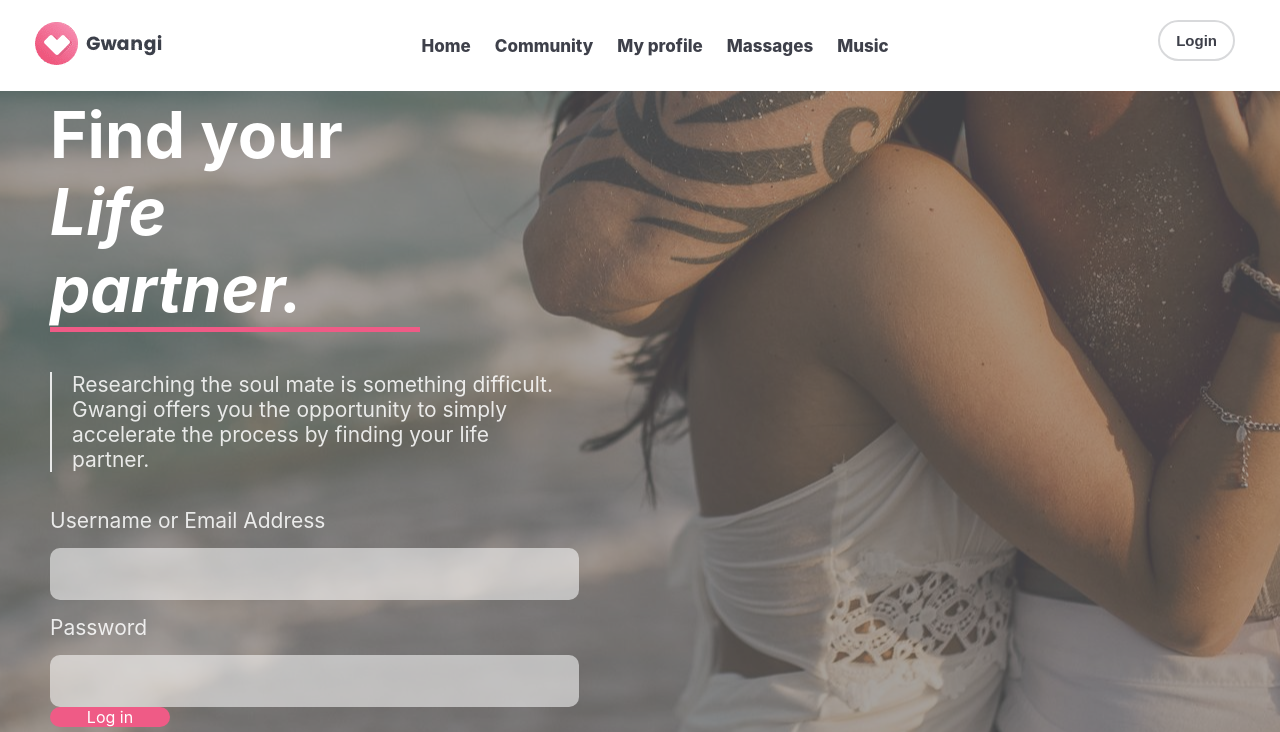
Repository: ShokunLiubov/Soc-Network-React
Page: /login
The author's editor kept a copy of each file at every save. The page is drawn from the files as they stood at one save, then again after the next save.
The browser window is 1280 px wide. The pictures show the whole page.
The project was rebuilt for these pictures with package versions that can differ from the ones it lists, and the page was loaded fresh each time. Also part of the build but not shown: src/components/common/Paginator/Paginator.module.css, src/components/common/Paginator/Paginator.jsx, src/components/Community/Community.module.css, src/components/Community/Friend/Friend.jsx, src/components/Community/Community.jsx, src/components/common/Preloader/Preloader.jsx, src/components/Community/CommunityContainer.jsx, src/components/Dialogs/Dialogs.module.css and 14 more.

Above is the page before, as saved 2022-08-24 18:15:55.

### src/index.js
import reportWebVitals from './reportWebVitals';
import store from './redux/redux-store';
import React from 'react';
import ReactDOM from 'react-dom/client';
import './index.css';
import App from './App';
import { BrowserRouter } from 'react-router-dom';
import { Provider } from 'react-redux'

const root = ReactDOM.createRoot(document.getElementById('root'));

  root.render(

      <BrowserRouter>
        <Provider store={store}>
          <App />
        </Provider>
      </BrowserRouter>


  );


// If you want to start measuring performance in your app, pass a function
// to log results (for example: reportWebVitals(console.log))
// or send to an analytics endpoint. Learn more: https://bit.ly/CRA-vitals
reportWebVitals();

### src/redux/redux-store.js
import {combineReducers, legacy_createStore as createStore} from "redux"
import dialogsReducer from "./dialogs-reducer"
import profileReducer from "./profile-reducer"
import communityReducer from "./community-reducer"
import authReducer from "./auth-reducer"

let reducers = combineReducers({
    profilePage : profileReducer,
    dialogsPage : dialogsReducer,
    communityPage : communityReducer,
    auth: authReducer
})

let store = createStore(reducers)

export default store;

### src/App.js
import React from 'react';
import { Routes, Route } from "react-router-dom";
import './App.css';
import Registration from './components/Auth/Registration/Registration';
import CommunityContainer from './components/Community/CommunityContainer';
import DialogsContainer from './components/Dialogs/DialogsContainer';
import Home from './components/Home/Home';
import Music from './components/Music/Music';
import Navbar from './components/Navbar/Navbar';
import ProfileContainer from './components/Profile/ProfileContainer';

function App(props) {
  return (

    <div className='app-wrapper'>
      <Navbar />
      <Routes>
        <Route path='/home/*' element={<Home />} />

        <Route path='/community/*' element={<CommunityContainer />} />

        <Route path='/profile/:id' element={<ProfileContainer />} />
        <Route path='/profile/*' element={<ProfileContainer />} />

        <Route path='/dialogs/*' element={<DialogsContainer />} />

        <Route path='/music/*' element={<Music />} />

        <Route path='/login/*' element={<Registration />} />

      </Routes>

    </div>

  );
}

export default App;

### src/redux/dialogs-reducer.js
const SAND_MASSAGE = 'SAND-MASSAGE'
const UPDATE_NEW_MASSAGE_TEXT = 'UPDATE-NEW-MASSAGE-TEXT'

let initialState = {
    dialogsData: [
        { id: 1, name: 'Vika', ava: './../images/ava-w1.jpeg' },
        { id: 2, name: 'Eugen', ava: './../images/ava-m2.png' },
        { id: 3, name: 'Liubov', ava: './../images/ava-w3.jpeg' },
        { id: 4, name: 'Max', ava: './../images/ava-m1.jpeg' },
        { id: 5, name: 'Nika', ava: './../images/ava-w2.webp' }
    ],
    massagesData: [
        { id: 1, massage: 'Hi' },
        { id: 2, massage: 'How are you?' },
        { id: 3, massage: 'I am okey!' }
    ],
    newMassageText: ''
}

const dialogsReducer = (state = initialState, action) => {

    switch (action.type) {
        case SAND_MASSAGE:
            let text = state.newMassageText
            return {
                ...state,
                newMassageText: '',
                massagesData: [...state.massagesData, {id: Date.now(),massage: text}]
            }

        case UPDATE_NEW_MASSAGE_TEXT:
            return {
                ...state,
                newMassageText: action.newText
            }

        default:
            return state
    }

}

export const sandMassage = () => ({ type: SAND_MASSAGE })

export const onMassageChange = (text) =>
    ({ type: UPDATE_NEW_MASSAGE_TEXT, newText: text })

export default dialogsReducer;

### src/redux/profile-reducer.js
const ADD_POST = 'ADD-POST'
const UPDATE_NEW_POST_TEXT = 'UPDATE-NEW-POST-TEXT'
const SET_USER_PROFILE = 'SET-USER-PROFILE'

let initialState = {
    userProfile: {},
    postsData: [
        { id: 1, massage: 'Hi, how are you?', countLikes: '12', time: '29 minutes ago' },
        { id: 2, massage: 'It is my first post', countLikes: '99+', time: 'yesterday' },
        { id: 3, massage: 'My name Liubov, I am wife Eugen', countLikes: '32', time: 'week ago' }
    ],
    newPostText: ''
}

const profileReducer = (state = initialState, action) => {
    switch (action.type) {
        case ADD_POST:
            let newPost = {
                id: Date.now(),
                massage: state.newPostText,
                countLikes: '0',
                time: new Date().toLocaleTimeString()
            }
            return {
                ...state,
                newPostText: '',
                postsData: [newPost, ...state.postsData]
            }

        case UPDATE_NEW_POST_TEXT:
            return {
                ...state,
                newPostText: action.newText
            }
        case SET_USER_PROFILE:
            return {
                ...state,
                userProfile: action.profile

            }
        default:
            return state
    }


}

export const addPost = () => ({ type: ADD_POST })

export const updateNewPostText = (text) =>
    ({ type: UPDATE_NEW_POST_TEXT, newText: text })

export const setUserProfile = (profile) =>
    ({ type: SET_USER_PROFILE, profile})


export default profileReducer;

### src/redux/community-reducer.js
const FOLLOW = 'FOLLOW'
const UN_FOLLOW = 'UN-FOLLOW'
const SET_USERS = 'SET-USERS'
const SET_PAGE = 'SET-PAGE'
const SET_USERS_TOTAL_COUNT = 'SET-USERS-TOTAL-COUNT'
const TOGGLE_IS_FETCHING = 'TOGGLE-IS-FETCHING'

let initialState = {
    userData: [ ],
    pageSize: 10,
    totalUsersCount: 0,
    currentPage: 1,
    currentPageSize: 1,
    isFetching: false
}
const communityReducer = (state = initialState, action) => {
    switch (action.type) {
        case FOLLOW:
            return {
                ...state,
                userData: state.userData.map (user => {
                    if(user.id === action.userID) {
                        return {...user, followed: true}
                    }
                    return user
                })
            }
        case UN_FOLLOW:
            return {
                ...state,
                userData: state.userData.map (user => {
                    if(user.id === action.userID) {
                        return {...user, followed: false}
                    }
                    return user
                })
            }
        case SET_USERS:
            return {
                ...state,
                userData: action.users
            }
        case SET_PAGE:
            return {
                ...state,
                currentPage: action.page
                }
        case SET_USERS_TOTAL_COUNT:
            return {
                ...state,
                totalUsersCount: action.UsersTotalCount
            }
        case TOGGLE_IS_FETCHING:
            return {
                ...state,
                isFetching: action.isFetching
            }
        default:
            return state
    }
}

export const follow = (userID) => ({ type: FOLLOW, userID })

export const unFollow = (userID) => ({ type: UN_FOLLOW, userID })

export const setUsers = (users) => ({ type: SET_USERS, users })

export const setPage = (page) => ({ type: SET_PAGE, page })

export const setUsersTotalCount = (UsersTotalCount) => ({ type: SET_USERS_TOTAL_COUNT, UsersTotalCount })

export const toggleFetching = (isFetching) => ({ type: TOGGLE_IS_FETCHING, isFetching })

export default communityReducer;


// Создать кнопки prev next
// if(currentPage > 1) { prev
// } минус 1  при отрисовки подставляться значения, исключение первая страница
// Отображать в пагинации 5 стр и одну последнюю , учесть если будет меньше 5 стр

### src/redux/auth-reducer.js
const SET_USER_DATA = 'SET-USER-DATA'
// const UN_FOLLOW = 'UN-FOLLOW'

let initialState = {
    userId: undefined,
    email: undefined,
    login: undefined,
    isFetching: false
}
const authReducer = (state = initialState, action) => {
    switch (action.type) {
        case SET_USER_DATA:
            return {
                ...state,
                ...action.data
            }
        // case TOGGLE_IS_FETCHING:
        //     return {
        //         ...state,
        //         isFetching: action.isFetching
        //     }
        default:
            return state
    }
}

export const setUserData = (userId, email, login) => ({ type: SET_USER_DATA, data: {userId, email, login} })

// export const toggleFetching = (isFetching) => ({ type: TOGGLE_IS_FETCHING, isFetching })

export default authReducer;

### src/components/Auth/Registration/Registration.jsx
import React from 'react';
import styles from './Registration.module.css'

const Registration = () => {
    return (
        <div className={styles.background}>
            <div className={styles.registration}>
                <div className={styles.title}>Find your<br />
                    <i>Life partner.</i></div>
                <p className={styles.excerption}>Researching the soul mate is something difficult. Gwangi offers you the opportunity to simply accelerate the process by finding your life partner.</p>
                <form>
                    <div className={styles.username}>
                        <label>Username or Email Address</label>
                        <input type="text"/>
                    </div>
                    <div className={styles.password}>
                        <label>Password</label>
                        <input type="password"/>
                    </div>
                    <div className={styles.buttonLogin}>
                    <span>Log in</span>
                    </div>

                </form>
            </div>

        </div>
    )
}

export default Registration;

### src/components/Dialogs/DialogsContainer.jsx
import React from 'react';
import { sandMassage, onMassageChange } from '../../redux/dialogs-reducer';
import Dialogs from './Dialogs';
import { connect } from 'react-redux'


let mapStateToProps = (state) => {
    return {
        dialogsData: state.dialogsPage.dialogsData,
        massagesData: state.dialogsPage.massagesData,
        newMassageText: state.dialogsPage.newMassageText
    }
}

const DialogsContainer = connect(mapStateToProps, { sandMassage, onMassageChange })(Dialogs)

export default DialogsContainer;

### src/components/Navbar/Navbar.jsx
import React from 'react';
import { NavLink } from 'react-router-dom';
import styles from './Navbar.module.css'

const Navbar = () => {
    return (
        <div className={styles.navbar}>
            {/* LOGO */}
            <div className={styles.logo}><img src='./../images/logotype.png' /></div>
             {/* LOGO */}

            {/* MENU */}
            <nav className={styles.menu}>
                <div className={styles.item}>
                    <NavLink to='/home' className={navData => navData.isActive ? styles.active : styles.item}>Home</NavLink>
                </div>
                <div className={styles.item}>
                    <NavLink to='/community' className={navData => navData.isActive ? styles.active : styles.item}>Community</NavLink>
                </div>
                <div className={styles.item}>
                    <NavLink to='/profile' className={navData => navData.isActive ? styles.active : styles.item}>My profile</NavLink>
                </div>
                <div to='/dialogs' className={styles.item}>
                    <NavLink to='/dialogs' className={navData => navData.isActive ? styles.active : styles.item}>Massages</NavLink>
                </div>
                <div className={styles.item}>
                    <NavLink to='/music' className={navData => navData.isActive ? styles.active : styles.item}>Music</NavLink>
                </div>
            </nav>
            {/* MENU */}

            {/* LOGIN */}
            <NavLink to='/login' className={styles.login}>
                <button className='button'>Login</button>
            </NavLink>
            {/* LOGIN */}

        </div>
    )
}

export default Navbar;

### src/components/Auth/Registration/Registration.module.css
.background {
    background-image: url(./../../../../public/images/registration-bgr.jpeg);
    background-repeat: no-repeat;
    background-position: center;
    width: 100%;
    height: 89vh;
    position: relative;
    display: flex;
    align-items: center;
}

.background::before {
    content: " ";
    width: 100%;
    height: 89vh;
    background-color: #696a6e99;
    position: absolute;
    z-index: 1;
}

.registration {
    margin-left: 50px;
    position: relative;
    z-index: 20;
}

.title {
    color: #ffffff;
    font-size: 64px;
    max-width: 370px;
    font-weight: 700;
    border-bottom: 5px solid #ef5b86;
}

.excerption {
    margin-top: 40px;
    color: rgba(255, 255, 255, 0.85);
    font-size: 21px;
    max-width: 40%;
    padding: 0px 20px;
    border-left: 2px solid rgba(255, 255, 255, 0.85);
}

/* FORM */
.username,
.password {
    display: flex;
    flex-direction: column;
    max-width: 43%;
    color: rgba(255, 255, 255, 0.85);
}

.username input,
.password input {
    background-color: #ffffff8c;
    border-radius: 10px;
    border: none;
    height: 50px;
}

.username label,
.password label {
    margin: 15px 0;
    font-size: 21px;
}

.buttonLogin {
    background-color: #ef5b86;
    width: 120px;
    display: flex;
    justify-content: center;
    align-items: center;
    color: #ffffff;
    border-radius: 20px;
}

/* FORM */

### src/components/Navbar/Navbar.module.css
.navbar {
    display: flex;
    justify-content: space-between;
    align-items: center;
    padding: 20px 35px;
    background-color: #ffffff;
}

.logo {
    cursor: pointer;
}

.menu {
    display: flex;
}

.item a {
    margin: 0 12px;
    font-size: 17px;
    color: #3e404a;
    font-weight: 800;
    cursor: pointer;
    text-decoration: none;
}

.item a.active {
    color: #ef5b86;
}

.login {
    text-decoration: none;
}

### src/components/Profile/Profile_body/MyPosts/Post/Post.module.css
.post {
    background-color: #ffffff;
    border: 1px solid #e8e8e9;
    border-radius: 10px;
    margin: 50px 0;
    position: relative;
    width: 70%;
    min-height: 100px;
}

.personInfo img {
    position: absolute;
    top: -20px;
    left: -20px;
    width: 80px;
    height: 80px;
    object-fit: cover;
    border-radius: 10px;
}

.personInfo {
    display: flex;
}

.postInfo {
    margin: 10px 80px;
}

.nickname {
    color: #3e404a;
    font-size: 18px;
    font-weight: 700;
}

.time {
    color: #9da6b0;
    font-size: 12px;
    font-weight: 600;
    margin-top: 5px;
}

.massage {
    color: #9ca6af;
    font-size: 15px;
    font-weight: 700;
    margin: 10px 80px;
}

.like {
    width: 100%;
    display: flex;
    justify-content: end;
}

button{
    background: none;
    border: none;
    display: flex;
    align-items: center;
    margin: 0 10px 10px;
}

.countLike {
    margin-left: 5px;
    color: #9da6b0;
    font-size: 12px;
    font-weight: 500;
}

Loaded but not shown: public/index.html (common file); src/reportWebVitals.js (common file); src/index.css (common file); src/App.css (common file); src/components/Home/Home.module.css (no stored copy; drawn as an empty file); src/components/Music/Music.module.css (no stored copy; drawn as an empty file); src/components/Profile/Profile.module.css (no stored copy; drawn as an empty file)

After the next save:
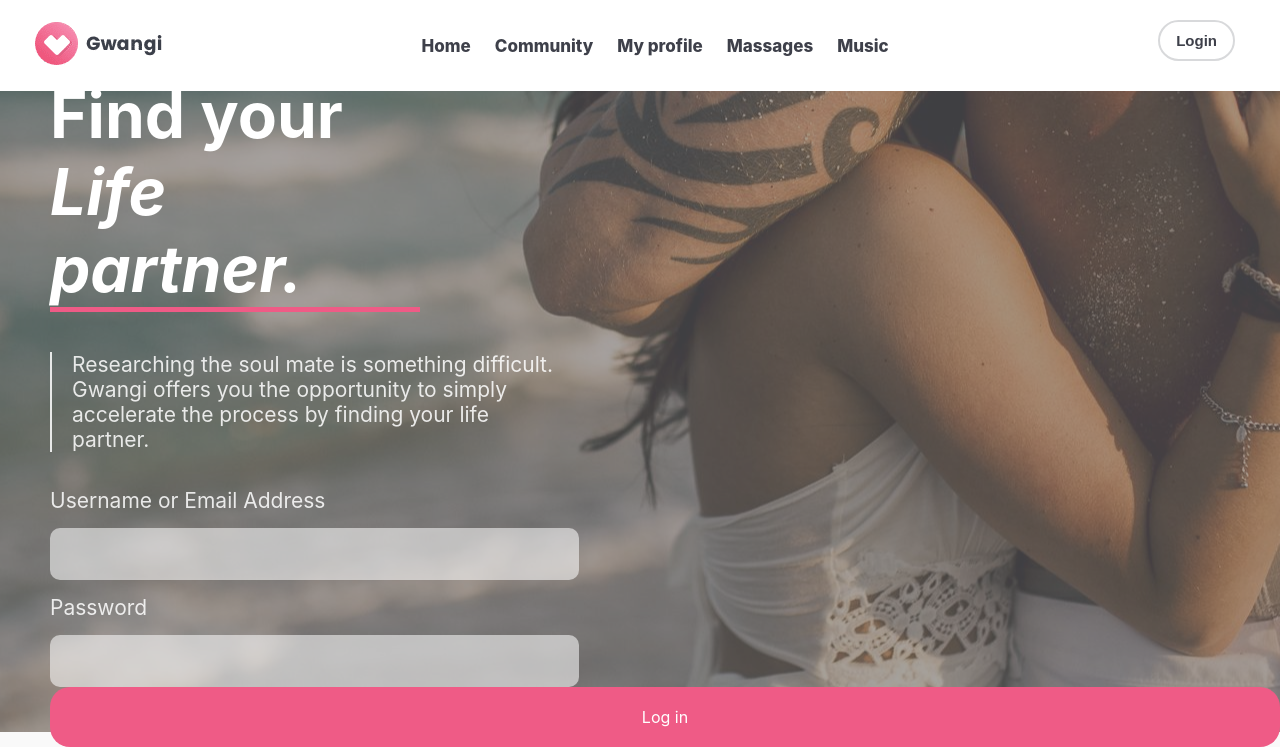
Saved 23 s later.
--- a/src/components/Auth/Registration/Registration.module.css
+++ b/src/components/Auth/Registration/Registration.module.css
@@ -66,7 +66,8 @@
 
 .buttonLogin {
     background-color: #ef5b86;
-    width: 120px;
+    /* width: 120px; */
+    padding: 20px 50px;
     display: flex;
     justify-content: center;
     align-items: center;
